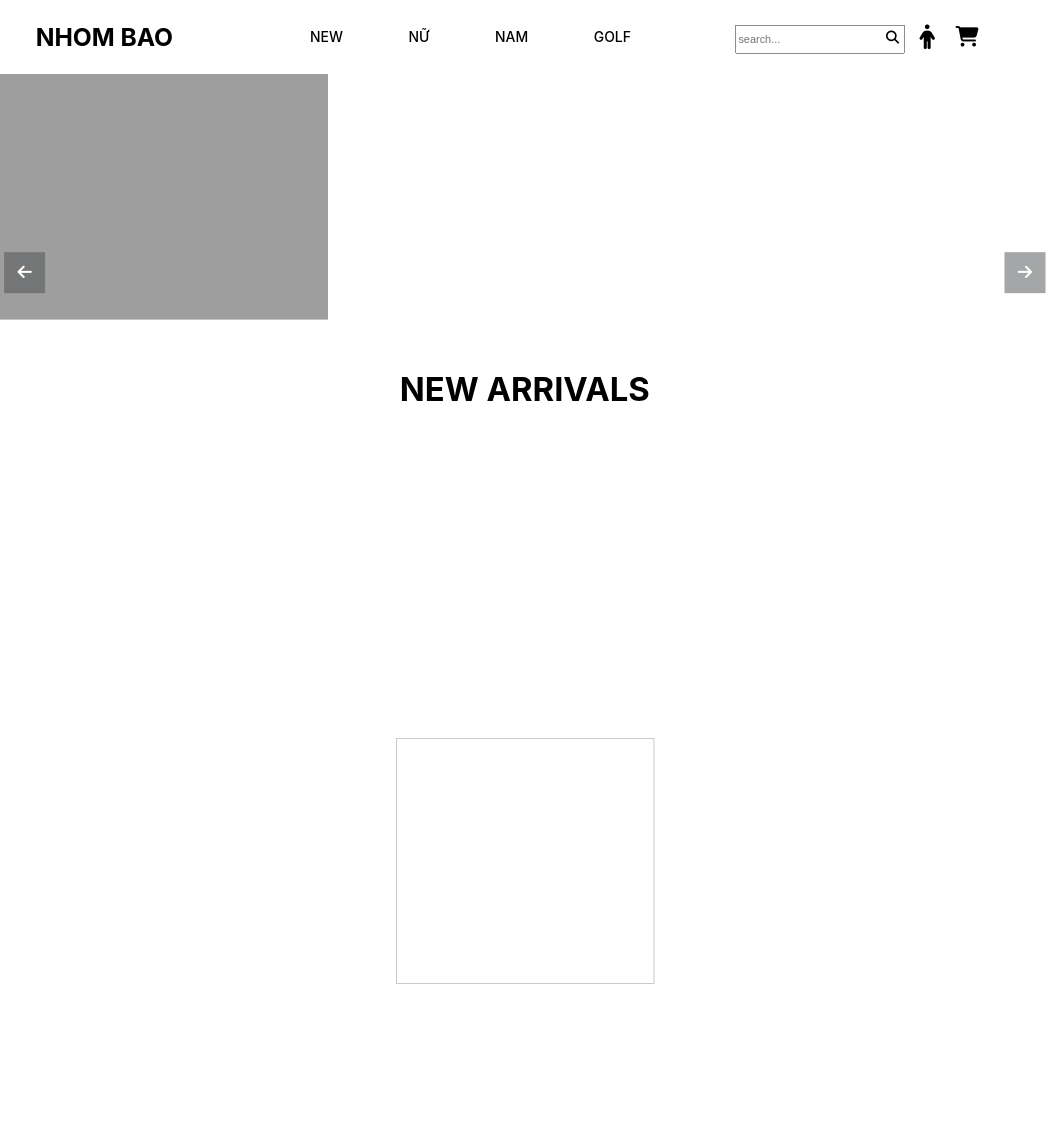
Repository: 0584386177/CuoiKiReactJs
Page: /
The author's editor kept a copy of each file at every save. The page is drawn from the files as they stood at one save, then again after the next save.
The browser window is 1280 px wide. The pictures show the whole page, at 82% of full size.
Pictures or frames that could not be fetched are drawn as grey boxes. The page's requests for data from a server got no answer. The project was rebuilt for these pictures with package versions that can differ from the ones it lists, and the page was loaded fresh each time. No one was signed in, and anything a server would have sent is missing. Also part of the build but not shown: src/components/Men/Men.jsx, src/components/Women/Women.jsx.

Above is the page before, as saved 2023-11-10 23:28:07.

After the next save:
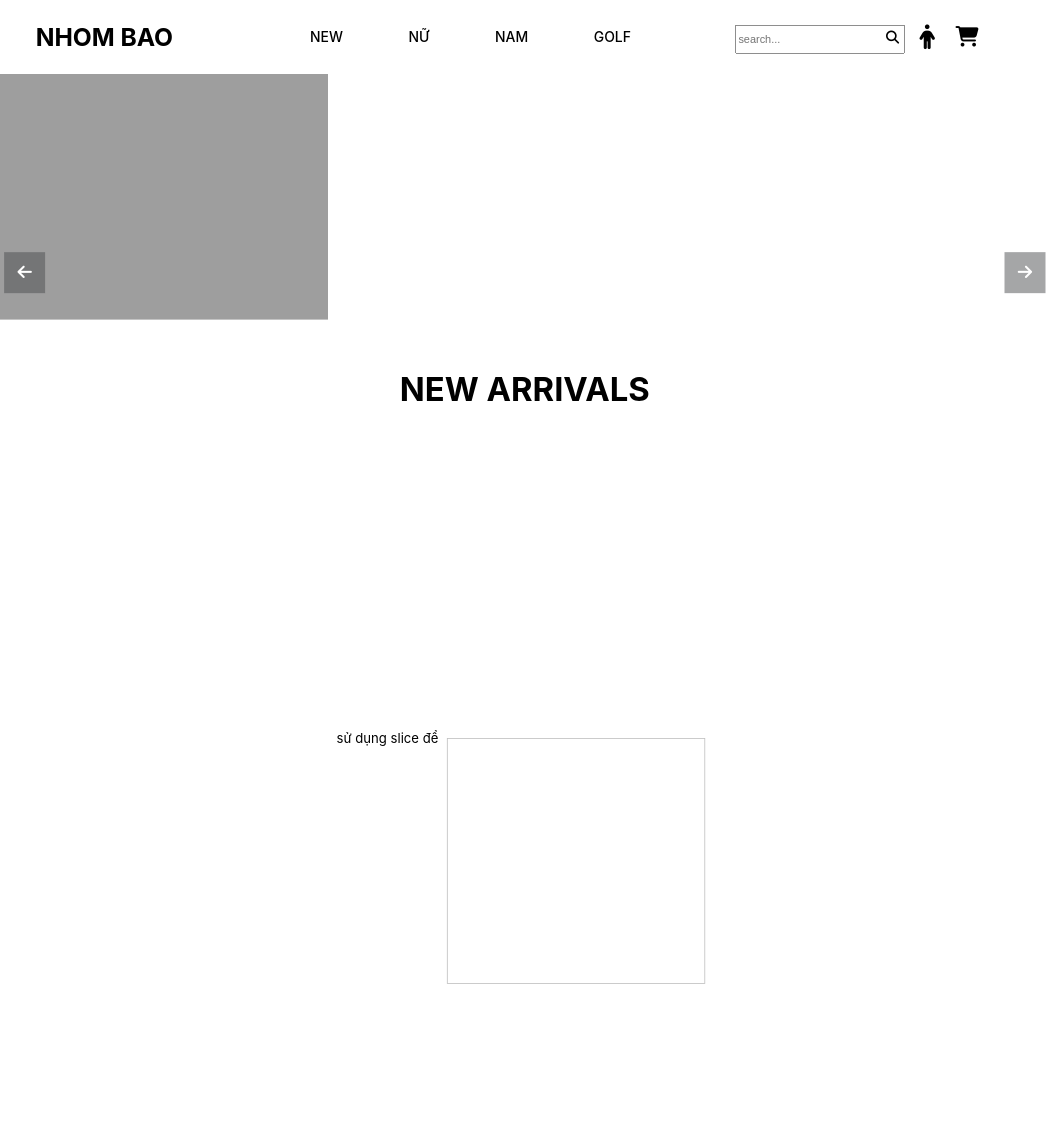
Saved 5 s later.
--- a/src/components/Page/NewArrivals.jsx
+++ b/src/components/Page/NewArrivals.jsx
@@ -45,7 +45,7 @@
       {/* <ArrivalsTitle>NEW ARRIVALS</ArrivalsTitle> */}
 
       <ArrivalsItems>
-
+      sử dụng slice để
         {products.slice(0,4).map((item, index) => {
             return (
               <ArrivalsItem>

After the 2 saves that followed:
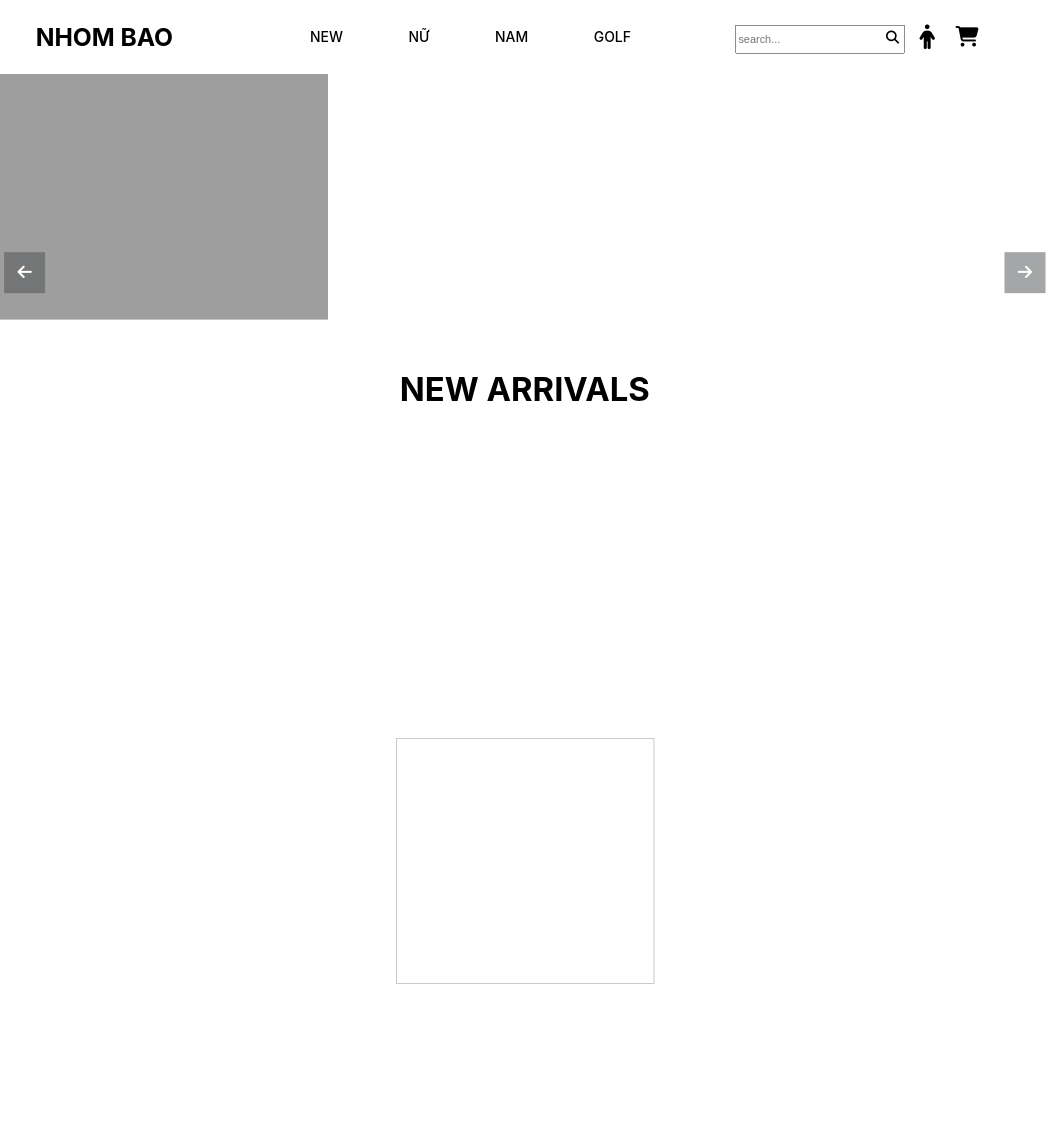
The 2 saves are shown as one change because they came seconds apart.
The last was saved 17 s later.
--- a/src/components/Page/NewArrivals.jsx
+++ b/src/components/Page/NewArrivals.jsx
@@ -45,7 +45,7 @@
       {/* <ArrivalsTitle>NEW ARRIVALS</ArrivalsTitle> */}
 
       <ArrivalsItems>
-      sử dụng slice để
+      {/* sử dụng slice để tạo ra 4 item từ  0 -> <4 */}
         {products.slice(0,4).map((item, index) => {
             return (
               <ArrivalsItem>
